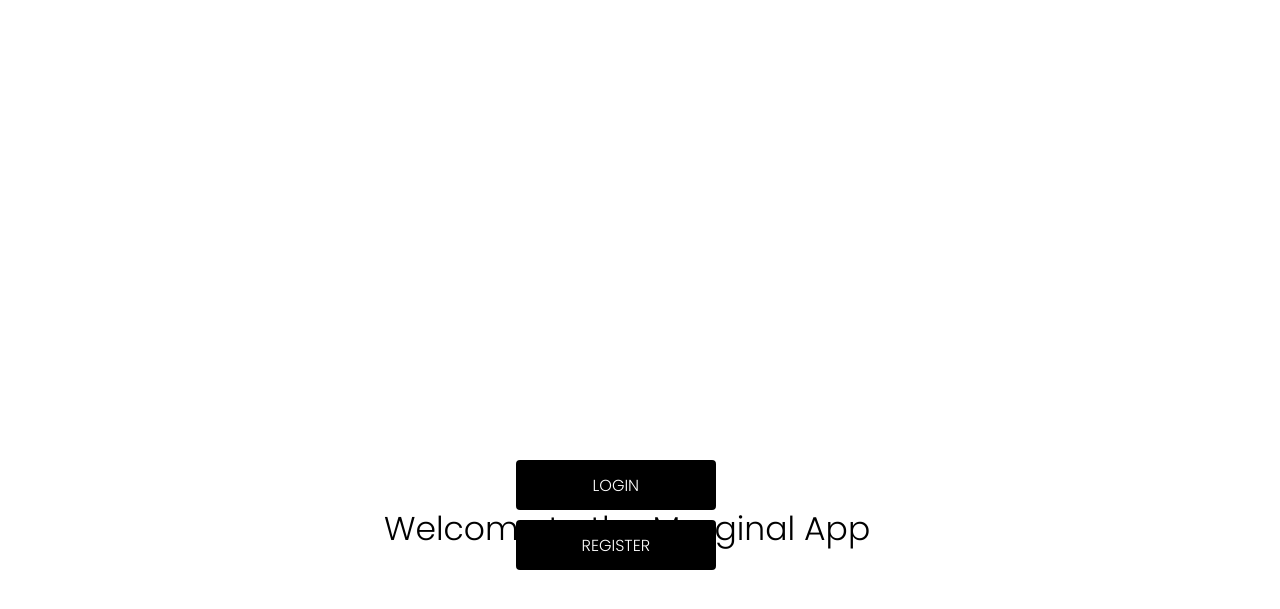
Repository: vu9ar/vu9ar.github.io
Page: WelcomePage/welcome.html
These files come from the project's save history. The page is drawn as it stood at one moment and after the next save; the edit follows.
The browser window is 1280 px wide. The pictures show the whole page.

Above is the page before, as saved 2022-03-27 19:37:05.

### WelcomePage/welcome.html
<!DOCTYPE html>
<html>

<head>
    <meta charset="UTF-8">
    <link rel="stylesheet" href="style.css">
    <link rel="preconnect" href="https://fonts.gstatic.com" crossorigin>
    <link href="https://fonts.googleapis.com/css2?family=Poppins:wght@300&display=swap" rel="stylesheet">
    <link href="https://fonts.googleapis.com/css2?family=Poppins:wght@600&display=swap" rel="stylesheet">
    <meta name="viewport" content="width-device-width, initial-scale=1.0">
    <title>TMHL</title>
</head>


<body>

    <div class="intro">
        <h1 class="logo-header">
            <span class="Logo">Mar</span> <span class="Logo">ginal</span>
        </h1>
    </div>

    <form action="../loginRegister/loginForVerified.html">
        <button class="button">LOGIN</button>
    </form>

    <form action="/loginRegister/guestToVerifiedRegister.html">
        <button class="button">REGISTER</button>
    </form>

    <header class="headerWelcome">Welcome to the Marginal App</header>
    <script src="app.js"></script>

</body>


</html>

### WelcomePage/style.css
* {
    margin: 0;
    padding: 0;
    box-sizing: border-box;
    font-family: 'Poppins', sans-serif;
}


/* Splash */

.intro {
    position: fixed;
    z-index: 1;
    left: 0;
    right: 0;
    width: 100%;
    height: 100vh;
    background-color: #161616;
    transition: 1s;
}

.logo-header {
    position: absolute;
    top: 40%;
    left: 50%;
    transform: translate(-50%, -50%);
    color: #ffffff;
}

.Logo {
    position: relative;
    display: inline-block;
    bottom: -20px;
    opacity: 0;
}

.Logo.active {
    bottom: 0;
    opacity: 1;
    transition: ease-in-out 0.5s;
}

.Logo.fade {
    bottom: 150px;
    opacity: 0;
    transition: ease-in-out 0.5;
}

.button {
    width: 200px;
    height: 50px;
    left: 40.3%;
    top: 450px;
    margin-top: 10px;
    bottom: 50%;
    border: none;
    color: white;
    border-radius: 4px;
    transition: ease-out 0.3s;
    font-size: 1rem;
    outline: none;
    border: 3px solid black;
    position: relative;
    z-index: 1;
    background-color: black;
}

.button:hover {
    color: #ffffff;
    cursor: pointer;
}

.button:before {
    transition: 0.5s all ease;
    position: absolute;
    top: 0;
    left: 50%;
    right: 50%;
    bottom: 0;
    opacity: 0;
    content: "";
    background-color: #42BFB2;
}

.button:hover:before {
    transition: 0.5s all ease;
    left: 0;
    right: 0;
    opacity: 1;
    z-index: -1;
}

.headerWelcome {
    position: fixed;
    margin-top: 30%;
    margin-left: 30%;
    width: 100%;
    height: 60px;
    font-size: 33px;
}

### WelcomePage/app.js
let intro = document.querySelector('.intro');
let logo = document.querySelector('.logo-header');
let logoSpan = document.querySelectorAll('.Logo');
let button = document.querySelectorAll('.button');

window.addEventListener('DOMContentLoaded', () => {

    setTimeout(() => {

        logoSpan.forEach((span, idx) => {
            setTimeout(() => {
                span.classList.add('active');
            }, (idx + 1) * 400);
        });

        setTimeout(() => {
            logoSpan.forEach((span, idx) => {

                setTimeout(() => {
                    span.classList.remove('active');
                    span.classList.add('fade');
                }, (idx + 1) * 50);
            })
        }, 2000);


        setTimeout(() => {
            intro.style.top = '-100vh';
        }, 2300);

    });
});

After the next save:
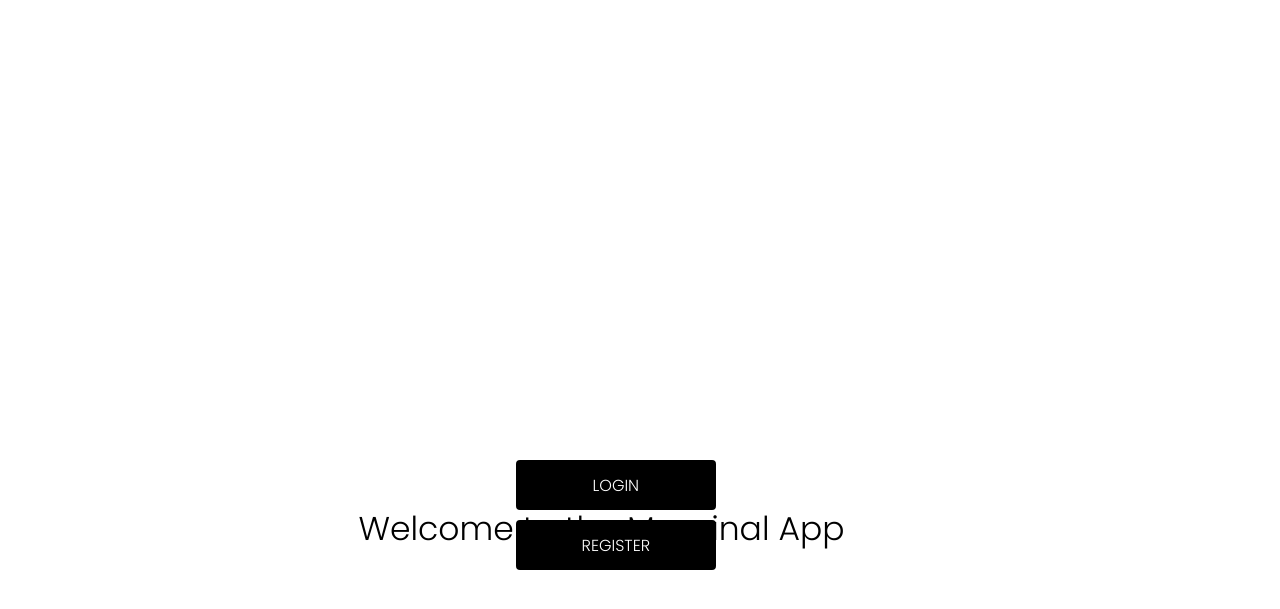
Saved 7 s later.
--- a/WelcomePage/style.css
+++ b/WelcomePage/style.css
@@ -93,7 +93,7 @@
 .headerWelcome {
     position: fixed;
     margin-top: 30%;
-    margin-left: 30%;
+    margin-left: 28%;
     width: 100%;
     height: 60px;
     font-size: 33px;
